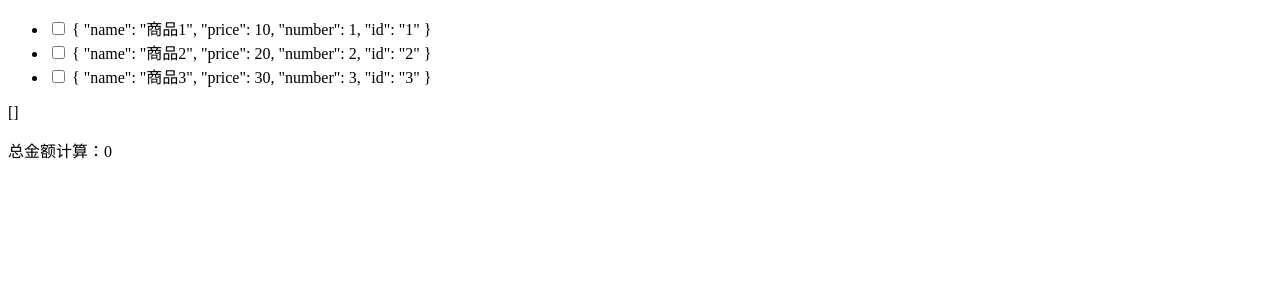
Repository: xiemin2161/mytest
Page: 02-表单绑定-购物车.html
These files come from the project's save history. The page is drawn as it stood at one moment and after the next save; the edit follows.
The browser window is 1280 px wide. The pictures show the whole page.

Above is the page before, as saved 2023-02-01 10:53:38.

### 02-表单绑定-购物车.html
<!DOCTYPE html>
<html>
  <head>
    <meta charset="utf-8" />
    <meta http-equiv="X-UA-Compatible" content="IE=edge,chrome=1" />
    <title>Examples</title>
    <meta name="description" content="" />
    <meta name="keywords" content="" />
    <link href="" rel="stylesheet" />

    <script type="text/javascript" src="lib/vue.js"></script>
  </head>
  <body>
    <div id="box">
      <ul>
        <li v-for="data in datalist">
          <input type="checkbox" v-model="checkgroup" :value="data" />
          {{data}}
        </li>
      </ul>
      {{checkgroup}}
      <p>总金额计算：{{ getSum() }}</p>
    </div>

    <script type="text/javascript">
      let vm = new Vue({
        el: "#box",
        data: {
          checkgroup: [],
          datalist: [
            {
              name: "商品1",
              price: 10,
              number: 1,
              id: "1",
            },
            {
              name: "商品2",
              price: 20,
              number: 2,
              id: "2",
            },
            {
              name: "商品3",
              price: 30,
              number: 3,
              id: "3",
            },
          ],
        },
        methods: {
          getSum() {
            //函数计算中的状态改变后，函数会自动执行一遍
            let sum = 0;
            for (let i in this.checkgroup) {
              sum += this.checkgroup[i].number * this.checkgroup[i].price;
            }
            return sum;
          },
        },
      });

      /*
         [
             {
                   name:"商品1",
                   price:10,
                   number:1,
                   id:"1",
             },
                 {
                   name:"商品2",
                   price:20,
                   number:2,
                   id:"2",
                 },
                 {
                   name:"商品3",
                   price:30,
                   number:3,
                   id:"3",
                 }
               ]

       */
    </script>
  </body>
</html>

Loaded but not shown: lib/vue.js (library)

After the next save:
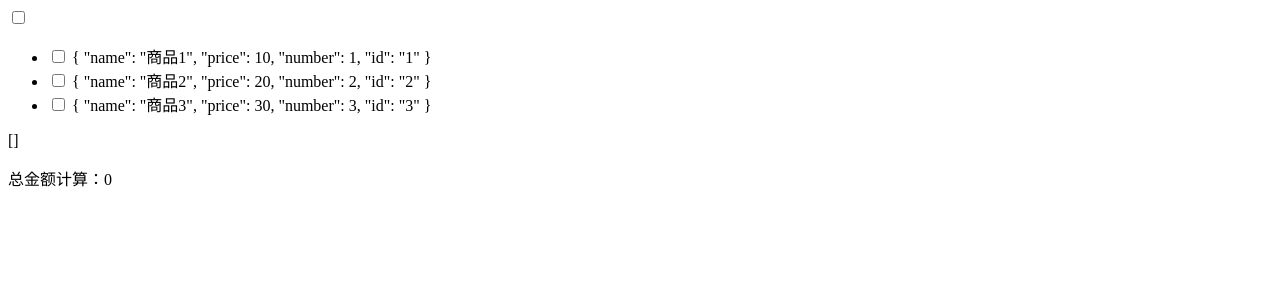
Saved 5 min 2 s later.
--- a/02-表单绑定-购物车.html
+++ b/02-表单绑定-购物车.html
@@ -12,6 +12,7 @@
   </head>
   <body>
     <div id="box">
+      <input type="checkbox" @change="handleChange" v-model="isAllChecked" />
       <ul>
         <li v-for="data in datalist">
           <input type="checkbox" v-model="checkgroup" :value="data" />
